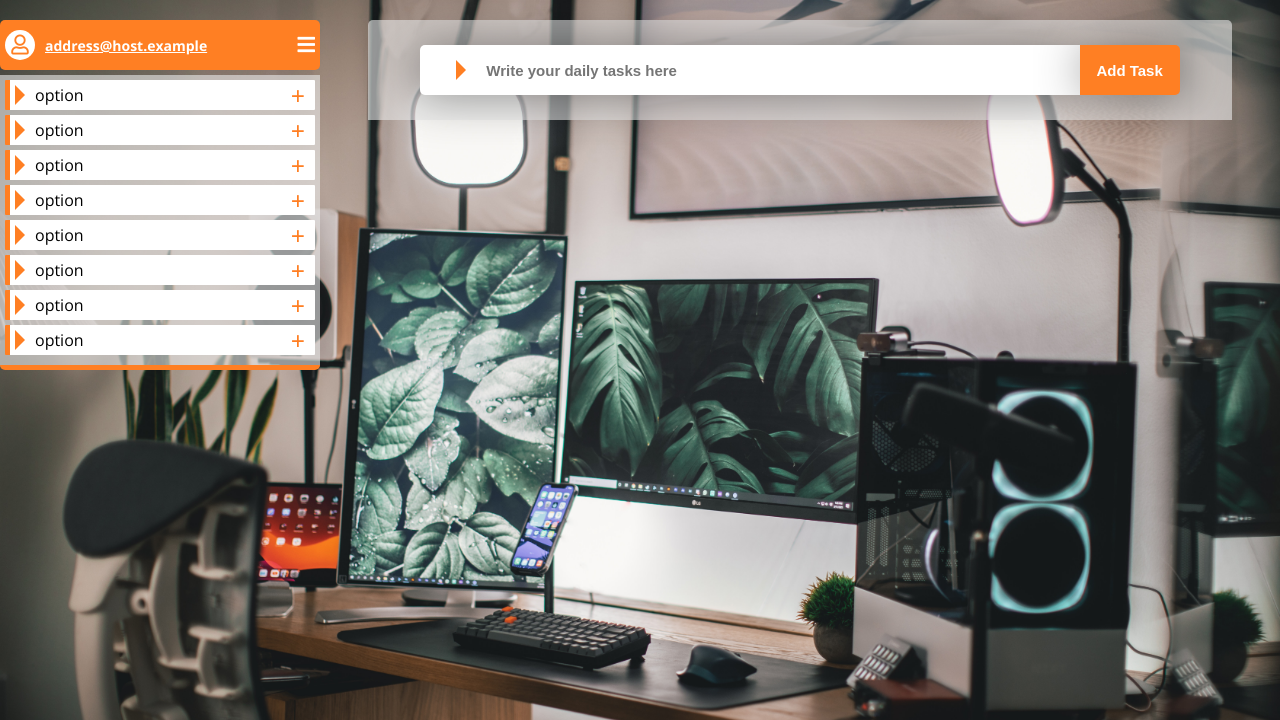
Repository: OmarEssameldinMousa/To-do-list-level01
Page: index.html
An editor plug-in stored every save of this project. The page is shown before and after the next save, followed by the edit.
The browser window is 1280 px wide. The pictures show the whole page.

Above is the page before, as saved 2023-08-10 01:17:17.

After the next save:
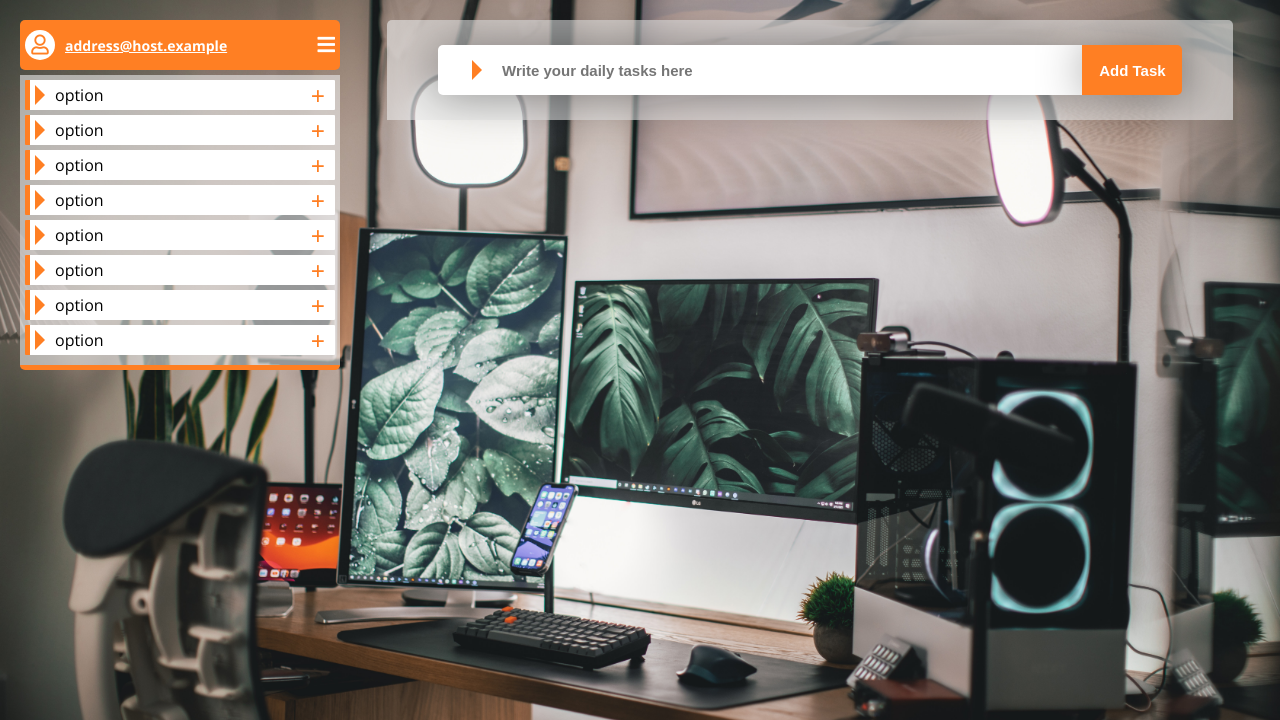
Saved 2 min 37 s later.
--- a/main.css
+++ b/main.css
@@ -39,6 +39,7 @@ ul {
     position: relative;
     margin-top: 20px;
     border-radius: 5px;
+    margin-left: 20px;
 }
 
 .nav .navigation {
